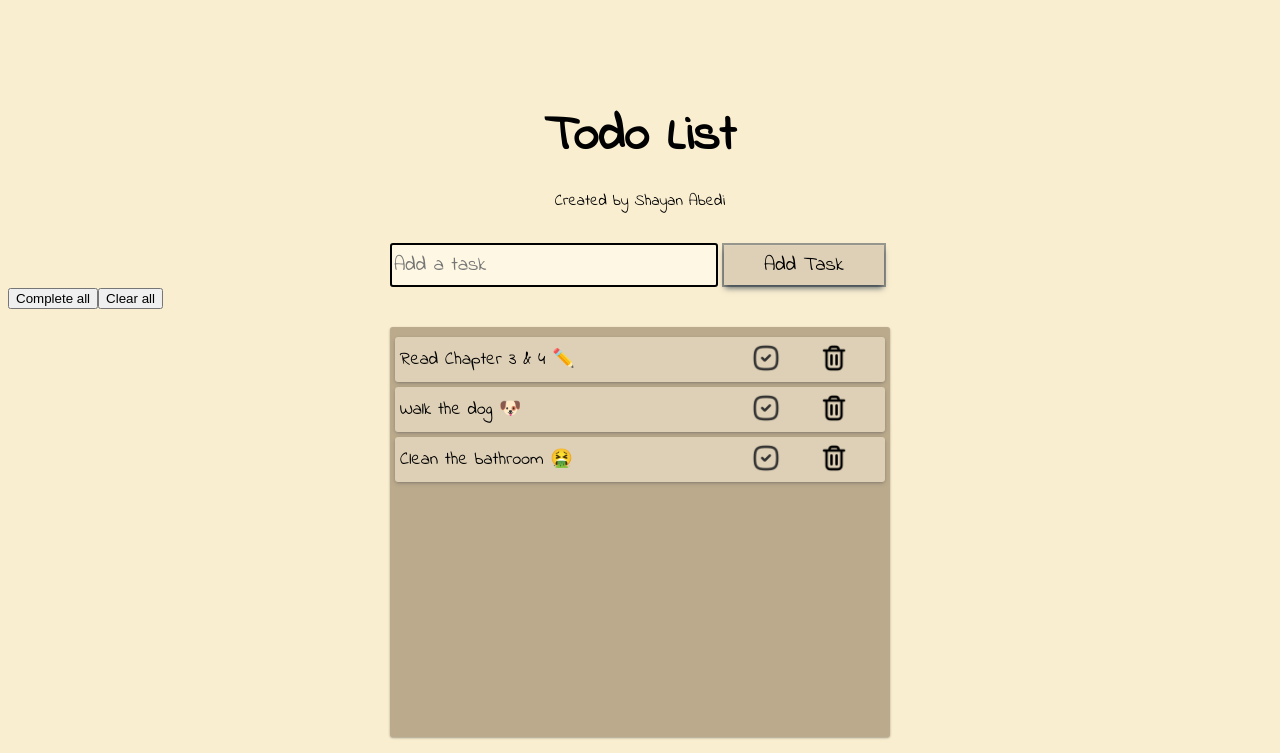
Repository: shayanabedi98/todo-list
Page: /
An editor plug-in stored every save of this project. The page is shown before and after the next save, followed by the edit.
The browser window is 1280 px wide. The pictures show the whole page.
The project was rebuilt for these pictures with package versions that can differ from the ones it lists, and the page was loaded fresh each time. Also part of the build but not shown: vite.config.js.

Above is the page before, as saved 2023-12-30 17:06:35.

### index.html
<!doctype html>
<html lang="en">
  <head>
    <meta charset="UTF-8" />
    <link rel="icon" type="image/svg+xml" href="./src/assets/pencil-svgrepo-com.png" />
    <meta name="viewport" content="width=device-width, initial-scale=1.0" />
    <link rel="preconnect" href="https://fonts.googleapis.com">
    <link rel="preconnect" href="https://fonts.gstatic.com" crossorigin>
    <link href="https://fonts.googleapis.com/css2?family=Indie+Flower&display=swap" rel="stylesheet">
    <title>Todo List</title>
  </head>
  <body>
    <div id="root"></div>
    <script type="module" src="/src/main.jsx"></script>
  </body>
</html>

### src/App.jsx
import { useState } from "react";
import { v4 as uuid } from "uuid";
import TodoList from "./TodoList";
import CreateTask from "./CreateTask";
import AffectAll from "./AffectAll";

function App() {
  const [list, setList] = useState([
    { id: uuid(), text: "Read Chapter 3 & 4 ✏️", completed: false },
    { id: uuid(), text: "Walk the dog 🐶", completed: false },
    { id: uuid(), text: "Clean the bathroom 🤮", completed: false },
  ]);
  const [input, setInput] = useState("");

  const addTask = () => {
    if (input.trim() !== "") {
      setList([...list, { id: uuid(), text: input, completed: false }]);
      setInput("");
    }
  };

  const handleChange = (event) => {
    setInput(event.target.value);
  };

  const handleDelete = (taskID) => {
    const newList = list.filter((task) => {
      return task.id !== taskID;
    });
    setList(newList);
  };

  const handleComplete = (taskID) => {
    const newList = list.map((task) => {
      if (task.id === taskID) {
        return { ...task, completed: !task.completed };
      } else {
        return task;
      }
    });
    setList(newList);
  };

  const clearAll = () => {
    setList([]);
  };

  const completeAll = () => {
    const isItCompleted = list.some((task) => !task.completed);
    const newList = list.map((task) => ({ ...task, completed: isItCompleted }));
    setList(newList)
  };

  return (
    <>
      <h1>Todo List</h1>
      <p>Created by Shayan Abedi</p>
      <CreateTask handleChange={handleChange} input={input} addTask={addTask} />
      <AffectAll clearAll={clearAll} completeAll={completeAll} />
      <TodoList
        list={list}
        handleDelete={handleDelete}
        handleComplete={handleComplete}
      />
    </>
  );
}

export default App;

### src/index.css
body {
  background-color: #FAEED1;
  font-family: 'Indie Flower', cursive;
}

h1 {
  font-size: 50px;
  margin-top: 100px;
  margin-bottom: 0;
  text-align: center;
}

.create-task {
  display: grid;
  place-items: center;
  align-content: center;
  grid-template-columns: 1fr 1fr;
  margin: 30px auto 0 auto;
}

.create-task input {
  background-color: #FDF7E4;
  border: 2px solid black;
  border-radius: 3px;
  font-size: 20px;
  height: 38px;
  width: 320px;
  font-family: 'Indie Flower', cursive;
}

.create-task button {
  background-color: #DED0B6;
  border: none;
  font-family: 'Indie Flower', cursive;
  height: 40px;
  width: 160px;
  font-size: 20px;
  box-shadow: rgba(6, 24, 44, 0.4) 0px 0px 0px 2px, rgba(6, 24, 44, 0.65) 0px 4px 6px -1px, rgba(255, 255, 255, 0.08) 0px 1px 0px inset;
  cursor: pointer;
}

.affect-all {}

.list ul {
 padding: 5px;
 box-shadow: rgba(0, 0, 0, 0.12) 0px 1px 3px, rgba(0, 0, 0, 0.24) 0px 1px 2px;
  border-radius: 3px;
  background-color: #BBAB8C;
  min-height: 400px;
}

.list li {
  list-style: none;
  display: grid;
  grid-template-columns: 1fr 0.2fr 0.2fr;
  background-color: #DED0B6;
  margin-top: 5px;
  margin-bottom: 5px;
  padding: 5px;
  box-shadow: rgba(50, 50, 93, 0.25) 0px 2px 5px -1px, rgba(0, 0, 0, 0.3) 0px 1px 3px -1px;
  border-radius: 3px;
  font-size: 18px;
  align-items: center;
}

p, h1, .create-task, .list {
  width: 500px;
  margin-left: auto;
  margin-right: auto;
}

.list button {
  background-color: #DED0B6;
  font-family: 'Indie Flower', cursive;
  height: 35px;
  width: 35px;
  margin: auto 2px;
  cursor: pointer;
  border: none;
  border-radius: 3px;
}

.list img {
  height: 30px;
}

p {
  text-align: center;
}

### src/TodoList.jsx
import React from "react";
import trash from "./assets/trash.png";
import check from "./assets/check.png";

const TodoList = ({ handleComplete, handleDelete, list }) => {
  const completedStyle = (condition) => {
    return condition
      ? {
          color: "grey",
          textDecoration: "line-through",
        }
      : {};
  };

  return (
    <div className="list">
      <ul>
        {list.map((task) => {
          return (
            <li key={task.id}>
              <span style={completedStyle(task.completed)}>{task.text}</span>
              <button id="complete" onClick={() => handleComplete(task.id)}>
                <img src={check} alt="checkmark button"/>
              </button>
              <button id="delete" onClick={() => handleDelete(task.id)}>
                <img src={trash} alt="delete button"/>
              </button>
            </li>
          );
        })}
      </ul>
    </div>
  );
};

export default TodoList;

### src/CreateTask.jsx
import React from "react";

const CreateTask = ({input, addTask, handleChange}) => {
  return (
    <div className="create-task">
      <input
        onKeyDown={(e) => e.key === 'Enter' && addTask()}
        placeholder="Add a task"
        type="text"
        onChange={handleChange}
        value={input}
      />
      <button onClick={addTask}>Add Task</button>
    </div>
  );
};

export default CreateTask;

### src/AffectAll.jsx
import React from "react";

const AffectAll = ({ clearAll, completeAll }) => {
  return (
    <div className="affect-all">
      <button onClick={completeAll}>Complete all</button>
      <button onClick={clearAll}>Clear all</button>
    </div>
  );
};

export default AffectAll;

Loaded but not shown: src/main.jsx (common file)

After the next save:
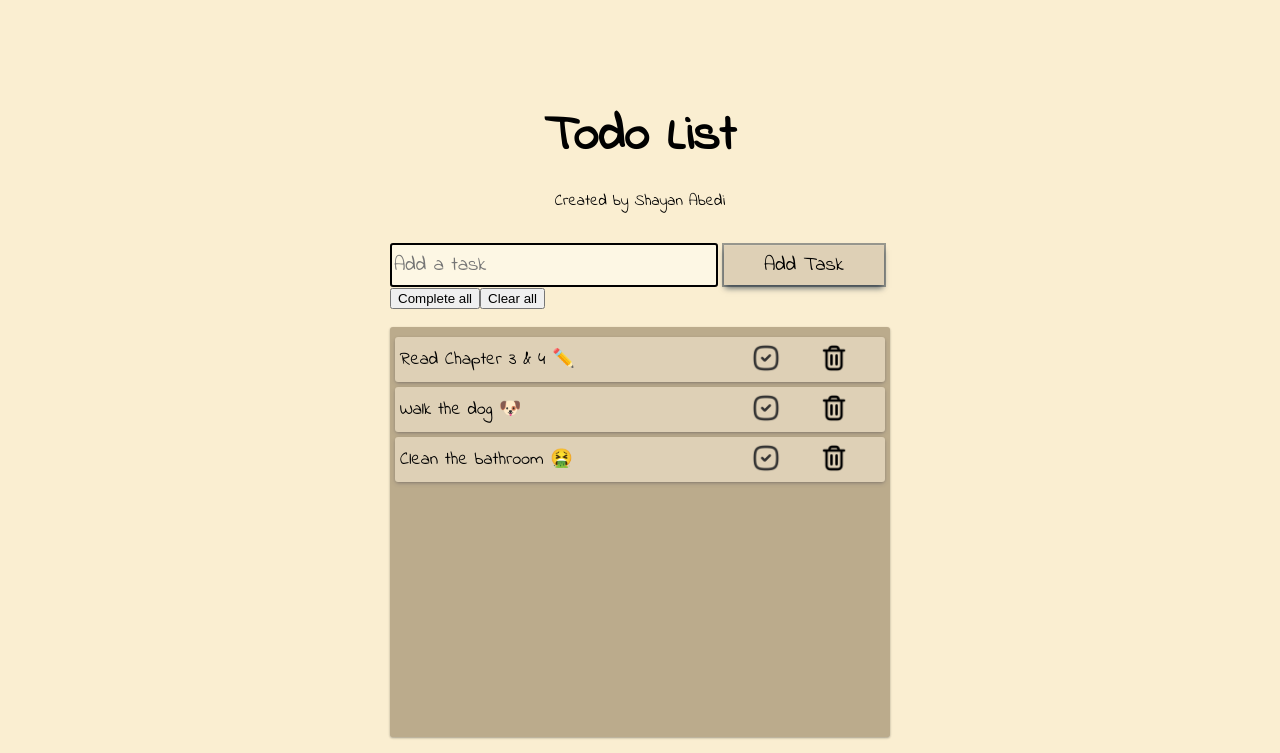
Saved 13 s later.
--- a/src/index.css
+++ b/src/index.css
@@ -63,7 +63,7 @@ h1 {
   align-items: center;
 }
 
-p, h1, .create-task, .list {
+p, h1, .create-task, .list, .affect-all {
   width: 500px;
   margin-left: auto;
   margin-right: auto;
